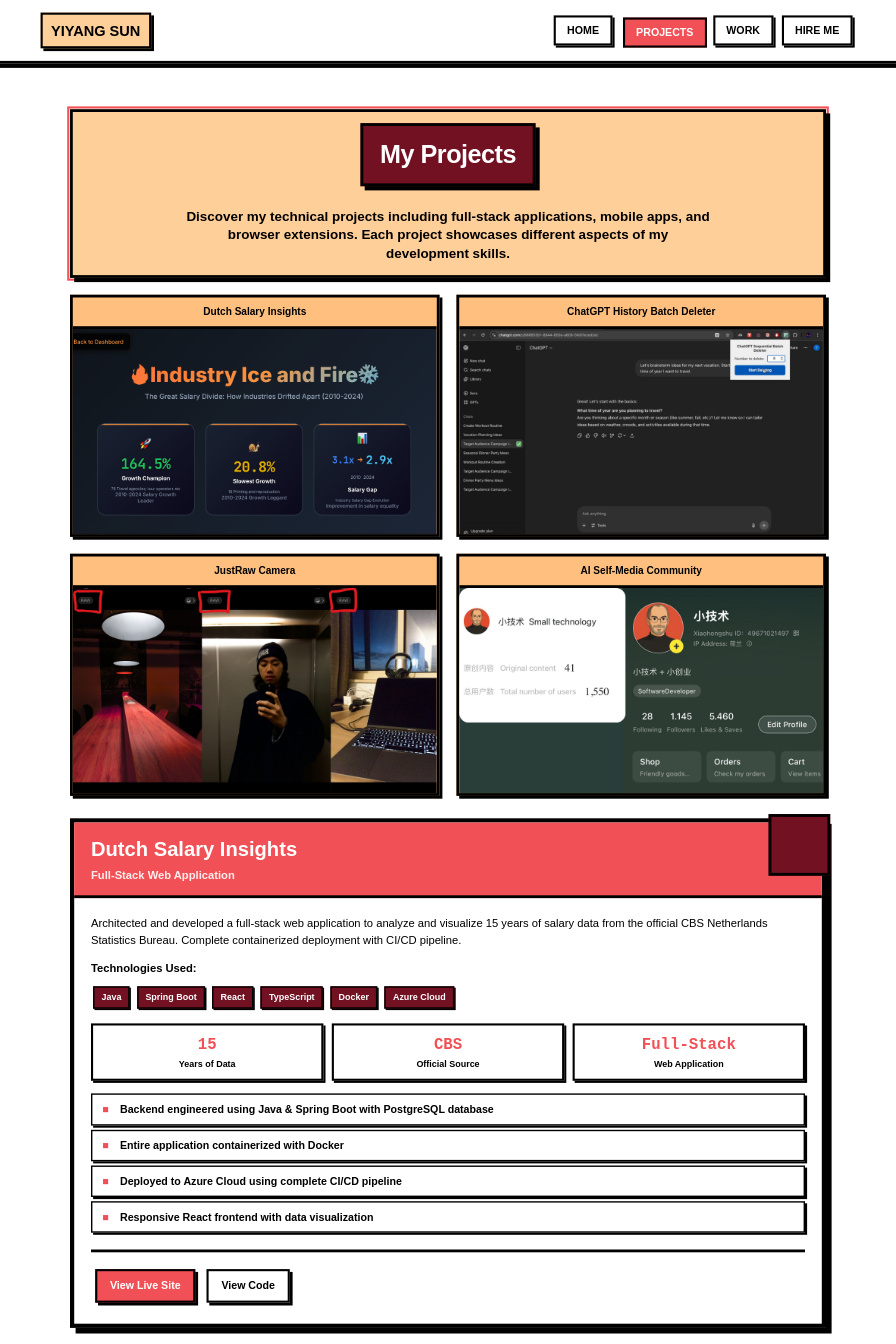
Repository: miloyiyangsun/yiyangsun.github.io
Page: projects.html
These files come from the project's save history. The page is drawn as it stood at one moment and after the next save; the edit follows.
The browser window is 1280 px wide. The pictures show the part of the page from y = 0 to 1920 px (the page is 4382 px tall before and 4352 px after), at 70% of full size.

Above is the page before, as saved 2025-09-04 12:12:25.

After the next save:
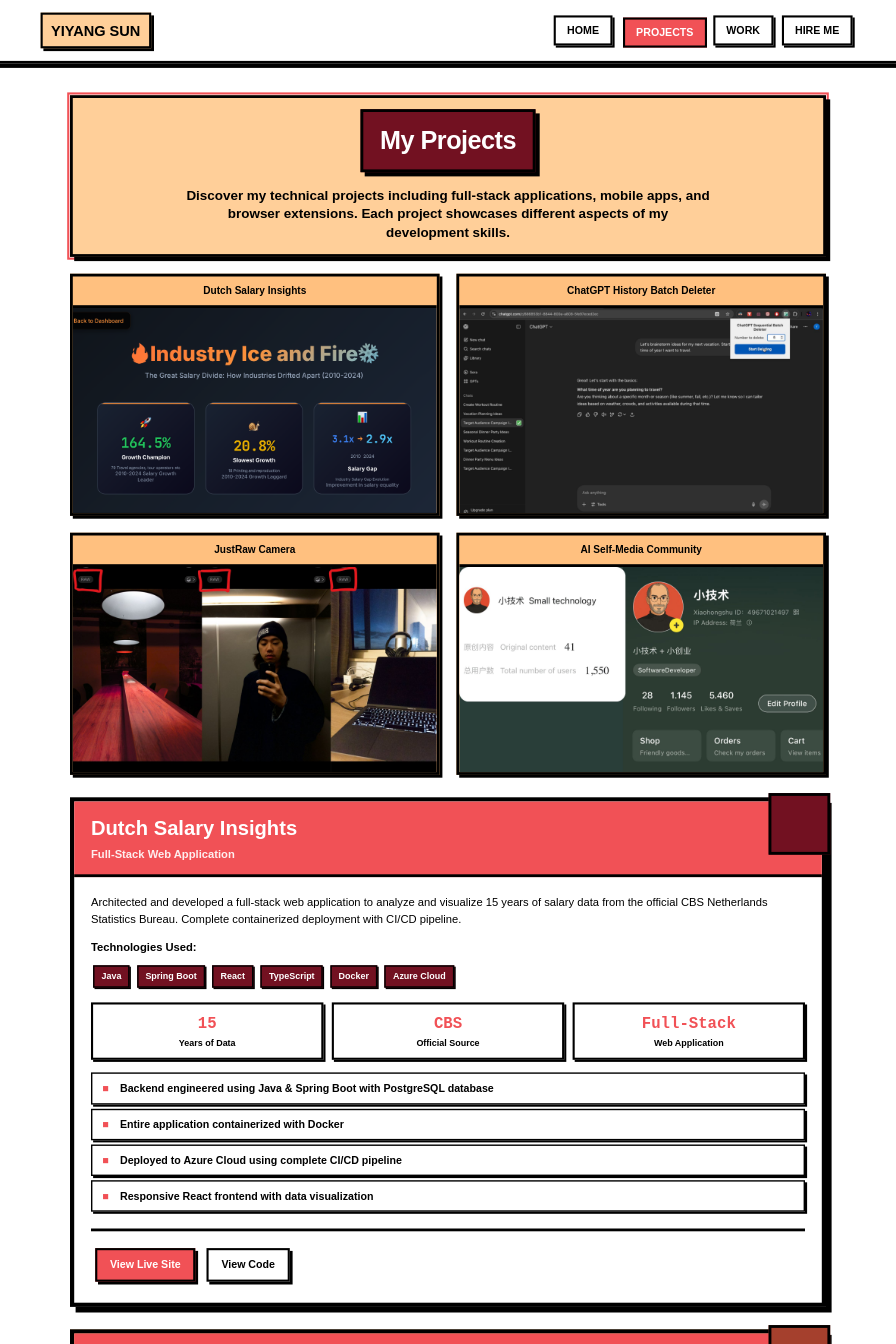
Saved 6 min 55 s later.
--- a/projects.html
+++ b/projects.html
@@ -20,7 +20,7 @@
 
       /* Projects-specific brutal styles */
       body {
-        padding-top: 120px;
+        padding-top: 100px;
         background: #ffffff;
       }
 
@@ -176,7 +176,7 @@
         font-size: 1.8rem;
         font-weight: 900;
         margin: 0 0 6px 0;
-        scroll-margin-top: 170px;
+        scroll-margin-top: 150px;
       }
 
       .project-subtitle {
@@ -396,7 +396,7 @@
           <h1
             class="title-huge"
             style="
-              margin-bottom: 30px;
+              margin-bottom: 20px;
               background: #721121;
               color: #ffffff;
               border: 4px solid #000000;
